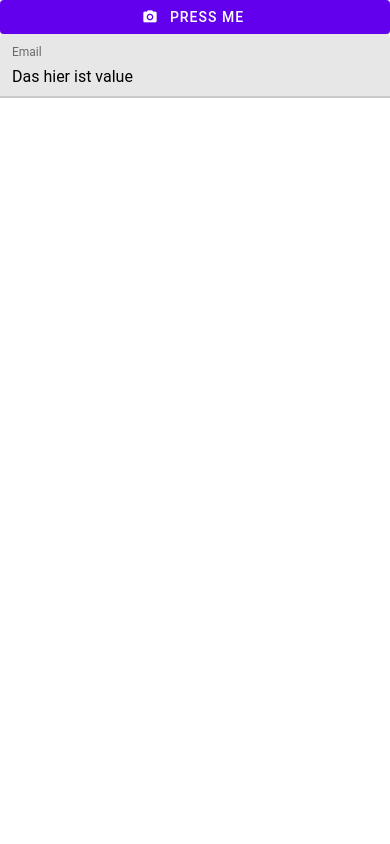
Repository: pascalgrim/GymTracker
Screen: /
The author's editor kept a copy of each file at every save. The screen is drawn from the files as they stood at one save, then again after the next save.
The app was drawn by React Native's web renderer in a window 390 px wide. The project was rebuilt for these pictures with package versions that can differ from the ones it lists, and the page was loaded fresh each time. Also part of the build but not shown: components/menuCard.js, components/Dashboard.js, firebase.js, context/AuthContext.js.

Above is the screen before, as saved 2021-11-04 21:14:06.

After the next save:
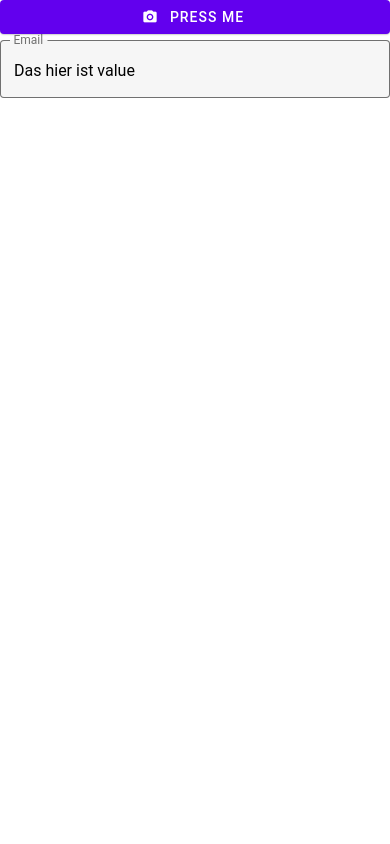
Saved 66 s later.
--- a/components/Signup.js
+++ b/components/Signup.js
@@ -43,6 +43,7 @@ export default function Signup() {
   <TextInput
       label="Email"
       value={"Das hier ist value"}
+      mode="outlined"
     />
 
         </div>
